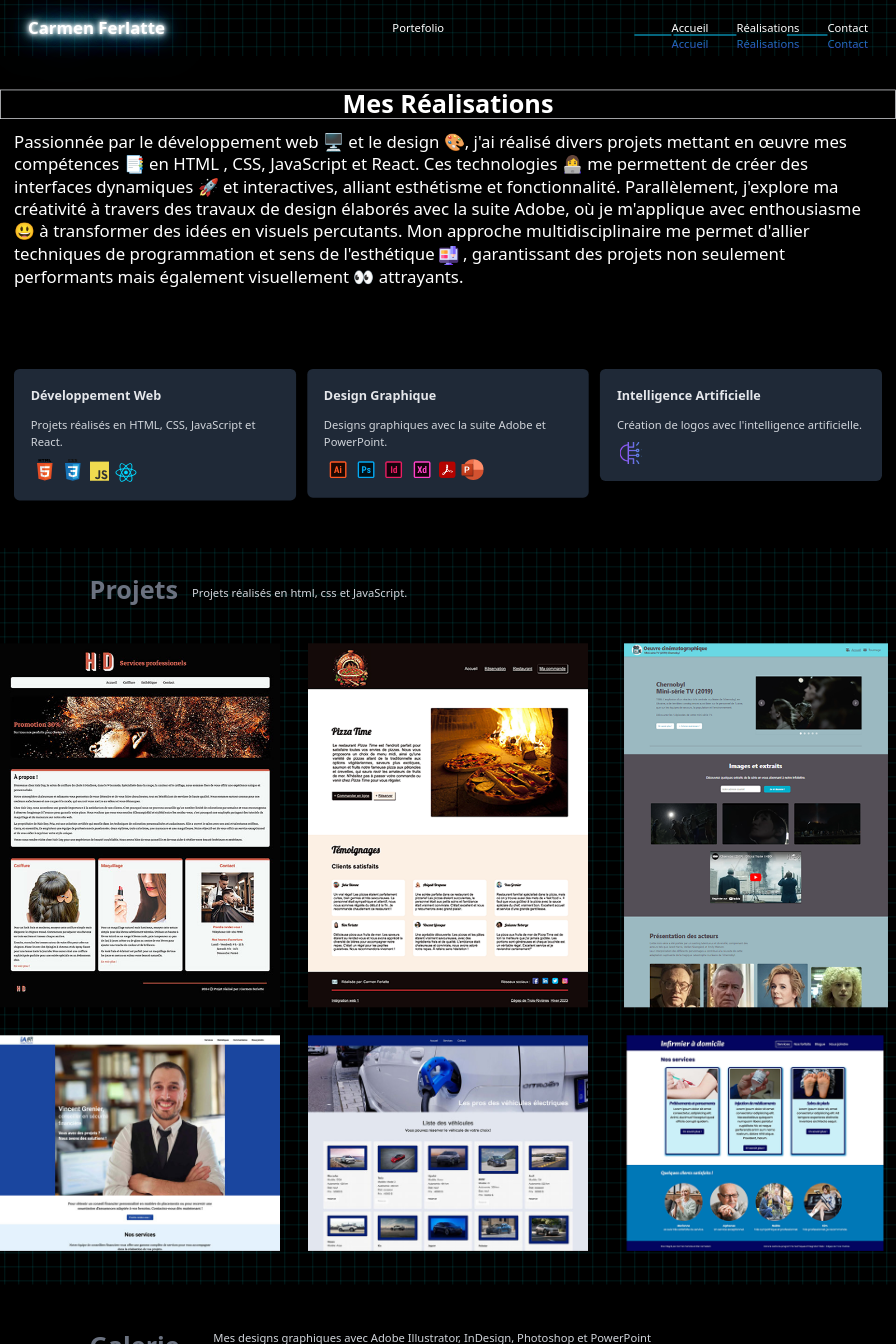
Repository: CarmenFerlatte/TP3__FerlatteCarmen
Page: realisations.html
These files come from the project's save history. The page is drawn as it stood at one moment and after the next save; the edit follows.
The browser window is 1280 px wide. The pictures show the part of the page from y = 0 to 1920 px (the page is 2835 px tall), at 70% of full size.
Some web libraries are served in a nearby version. The style sheet was rebuilt from its Sass, Less or Tailwind sources for each picture, by a compiler version that may differ from the author's.

Above is the page before, as saved 2024-08-22 11:14:47.
Console error: TypeError: Cannot read properties of null (reading 'addEventListener')

After the next save:
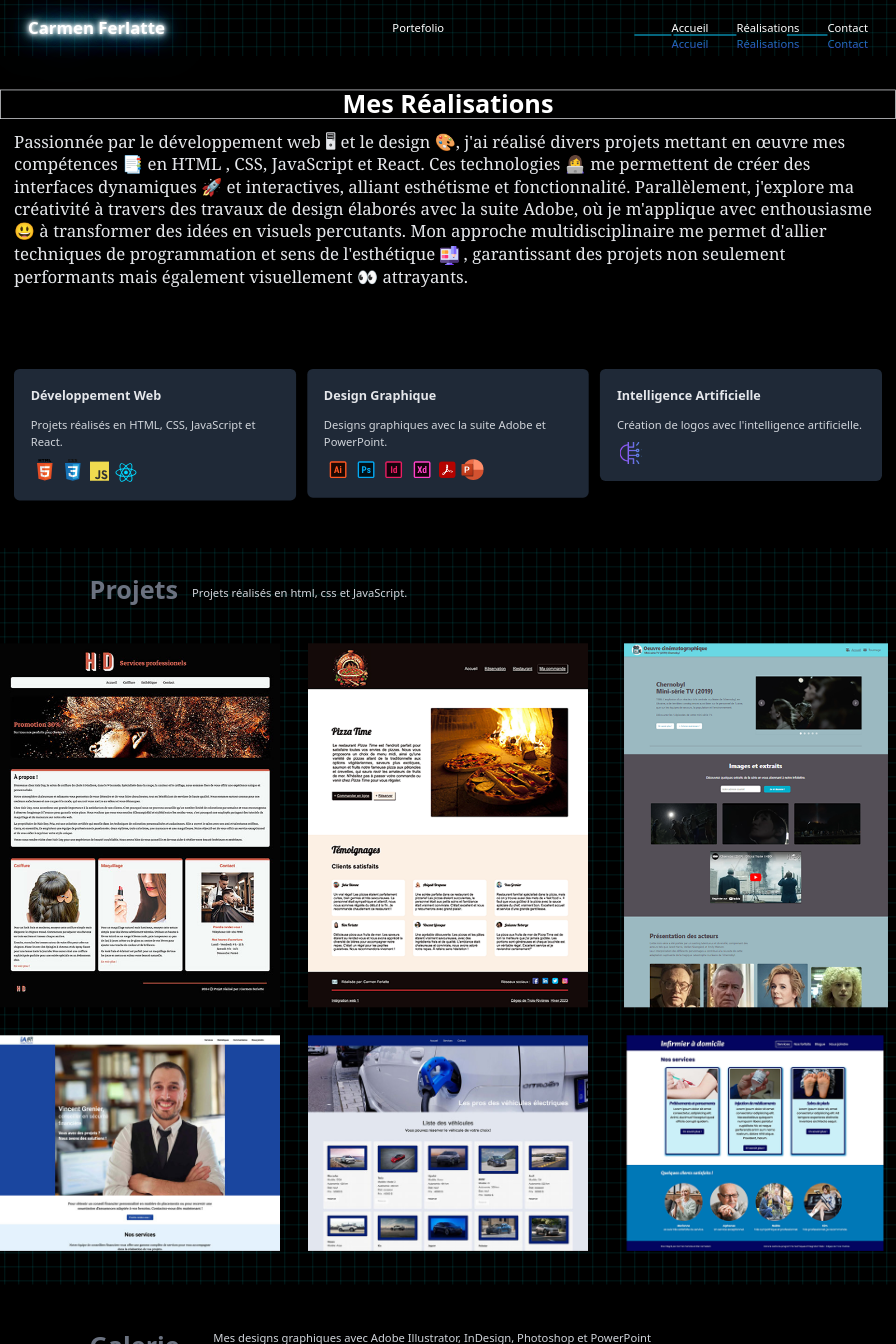
Saved 3 s later.
--- a/realisations.html
+++ b/realisations.html
@@ -34,7 +34,7 @@
          <h1 class="text-2xl md:text-3xl lg:text-4xl font-bold text-center mt-20 border">Mes Réalisations</h1>
     <div class="container flex justify-center items-center mx-auto px-4 py-20 md:py-4">
 
-        <p class="text-sm sm:text-md md:text-base lg:text-1xl xl:text-2xl  text-left mb-0 lg:mb-20 px-5 md:px-2 lg:px-1 2xl:px-0 text-gray-200font-serif">Passionnée par le développement web 🖥  et le design 🎨, j'ai réalisé divers projets mettant en œuvre mes compétences 📑  en HTML , CSS, JavaScript et React. Ces technologies 👩‍💻 me permettent de créer des interfaces dynamiques 🚀 et interactives, alliant esthétisme et fonctionnalité. Parallèlement, j'explore ma créativité à travers des travaux de design élaborés avec la suite Adobe, où je m'applique avec enthousiasme 😃  à transformer des idées en visuels percutants. Mon approche multidisciplinaire me permet d'allier techniques de programmation et sens de l'esthétique <span><img class="w-7 inline-block align-middle" src="img/icons/design_web.svg" alt="icone design web"></span> , garantissant des projets non seulement performants mais également visuellement 👀 attrayants.  </p>
+        <p class="text-sm sm:text-md md:text-base lg:text-1xl xl:text-2xl  text-left mb-0 lg:mb-20 px-5 md:px-2 lg:px-1 2xl:px-0 text-gray-200 font-serif">Passionnée par le développement web 🖥  et le design 🎨, j'ai réalisé divers projets mettant en œuvre mes compétences 📑  en HTML , CSS, JavaScript et React. Ces technologies 👩‍💻 me permettent de créer des interfaces dynamiques 🚀 et interactives, alliant esthétisme et fonctionnalité. Parallèlement, j'explore ma créativité à travers des travaux de design élaborés avec la suite Adobe, où je m'applique avec enthousiasme 😃  à transformer des idées en visuels percutants. Mon approche multidisciplinaire me permet d'allier techniques de programmation et sens de l'esthétique <span><img class="w-7 inline-block align-middle" src="img/icons/design_web.svg" alt="icone design web"></span> , garantissant des projets non seulement performants mais également visuellement 👀 attrayants.  </p>
 
     </div>
 
